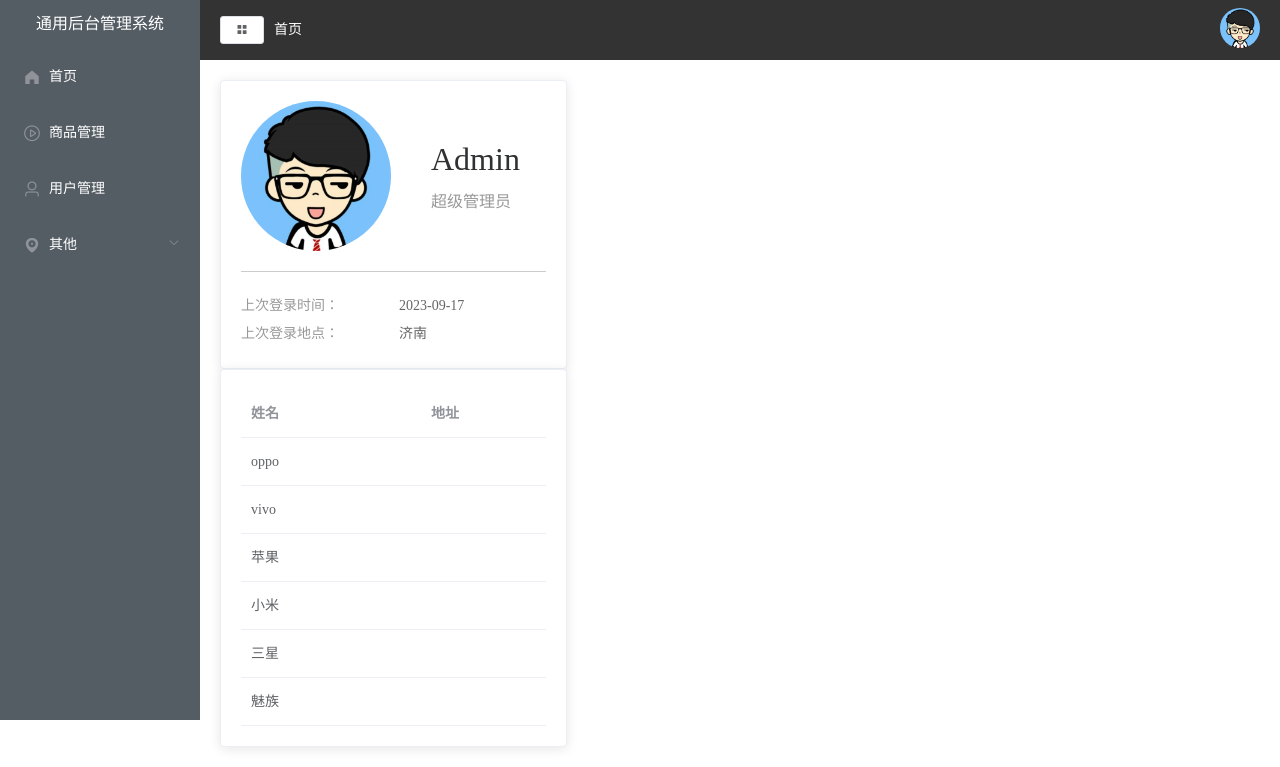
Repository: Francis200214/my-app
Page: /
These files come from the project's save history. The page is drawn as it stood at one moment and after the next save; the edit follows.
The browser window is 1280 px wide. The pictures show the whole page.
The project was rebuilt for these pictures with package versions that can differ from the ones it lists, and the page was loaded fresh each time. Also part of the build but not shown: vue.config.js, src/views/User.vue, src/views/Mall.vue, src/views/other/PageOne.vue, src/views/other/PageTwo.vue.

Above is the page before, as saved 2023-05-22 21:59:53.

After the next save:
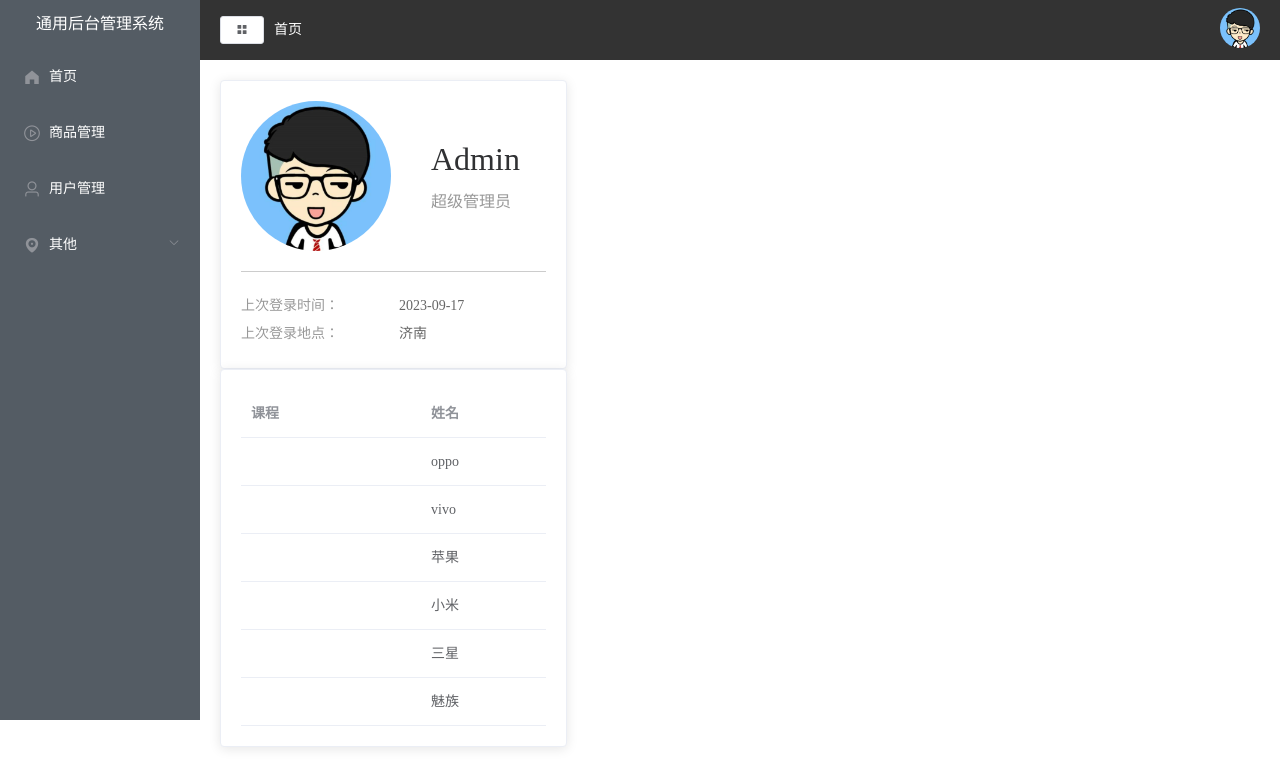
Saved 4 s later.
--- a/src/views/Home.vue
+++ b/src/views/Home.vue
@@ -18,7 +18,7 @@
 
             <el-card class="box-card">
                 <el-table :data="tableData" style="width: 100%">
-                    <el-table-column prop="date" label=" width="180">
+                    <el-table-column prop="date" label="课程" width="180">
                     </el-table-column>
                     <el-table-column prop="name" label="姓名" width="180">
                     </el-table-column>
